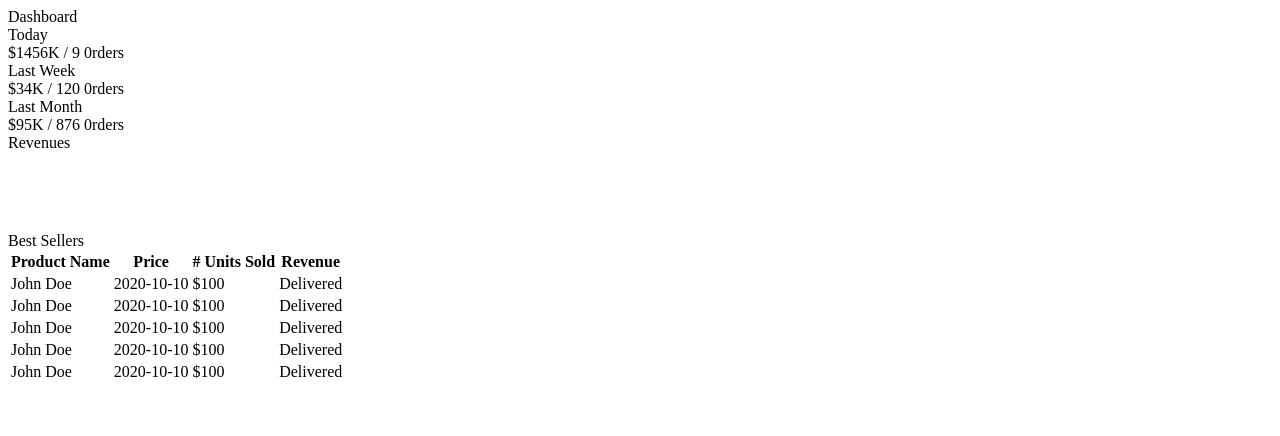
Repository: cjaymoni/FE_Submission02
Page: views/dashboard/dashboard.html
These files come from the project's save history. The page is drawn as it stood at one moment and after the next save; the edit follows.
The browser window is 1280 px wide. The pictures show the whole page.

Above is the page before, as saved 2022-09-30 12:46:53.

### views/dashboard/dashboard.html
<div class="content">
  <div class="container">
    <div class="order-header-text">
      <span>Dashboard</span>
    </div>
  </div>

  <div class="container">
    <div class="dashboard-card">
      <div class="dashboard-card-header">
        <div class="dashboard-card-header-text">
          <span>Today</span>
        </div>
        <div class="dashboard-card-header-img">
          <i class="fas fa-calendar-day"></i>
        </div>
      </div>
      <div class="dashboard-card-body">
        <div class="dashboard-card-body-text">
          <span>$1456K / 9 0rders</span>
        </div>
      </div>
    </div>
    <div class="dashboard-card">
      <div class="dashboard-card-header">
        <div class="dashboard-card-header-text">
          <span>Last Week</span>
        </div>
        <div class="dashboard-card-header-img">
          <i class="fas fa-calendar-week"></i>
        </div>
      </div>
      <div class="dashboard-card-body">
        <div class="dashboard-card-body-text">
          <span>$34K / 120 0rders</span>
        </div>
      </div>
    </div>
    <div class="dashboard-card">
      <div class="dashboard-card-header">
        <div class="dashboard-card-header-text">
          <span>Last Month</span>
        </div>
        <div class="dashboard-card-header-img">
          <i class="fas fa-calendar-days"></i>
        </div>
      </div>
      <div class="dashboard-card-body">
        <div class="dashboard-card-body-text">
          <span>$95K / 876 0rders</span>
        </div>
      </div>
    </div>
  </div>

  <div class="container-col">
    <div>
      <span>Revenues</span>
    </div>
    <canvas id="myChart" width="200" height="80"></canvas>
  </div>

  <div class="container-col">
    <div>
      <span>Best Sellers</span>
    </div>
    <table>
      <thead>
        <tr>
          <th>Product Name</th>
          <th>Price</th>
          <th># Units Sold</th>
          <th>Revenue</th>
        </tr>
      </thead>
      <tbody>
        <tr>
          <td>John Doe</td>
          <td>2020-10-10</td>
          <td>$100</td>
          <td>Delivered</td>
        </tr>
        <tr>
          <td>John Doe</td>
          <td>2020-10-10</td>
          <td>$100</td>
          <td>Delivered</td>
        </tr>
        <tr>
          <td>John Doe</td>
          <td>2020-10-10</td>
          <td>$100</td>
          <td>Delivered</td>
        </tr>
        <tr>
          <td>John Doe</td>
          <td>2020-10-10</td>
          <td>$100</td>
          <td>Delivered</td>
        </tr>

        <tr>
          <td>John Doe</td>
          <td>2020-10-10</td>
          <td>$100</td>
          <td>Delivered</td>
        </tr>
      </tbody>
    </table>
  </div>
</div>

<script src="js/chart.js"></script>

Loaded but not shown: src/js/chart.js (no copy from this time; the picture is the same without it)

After the next save:
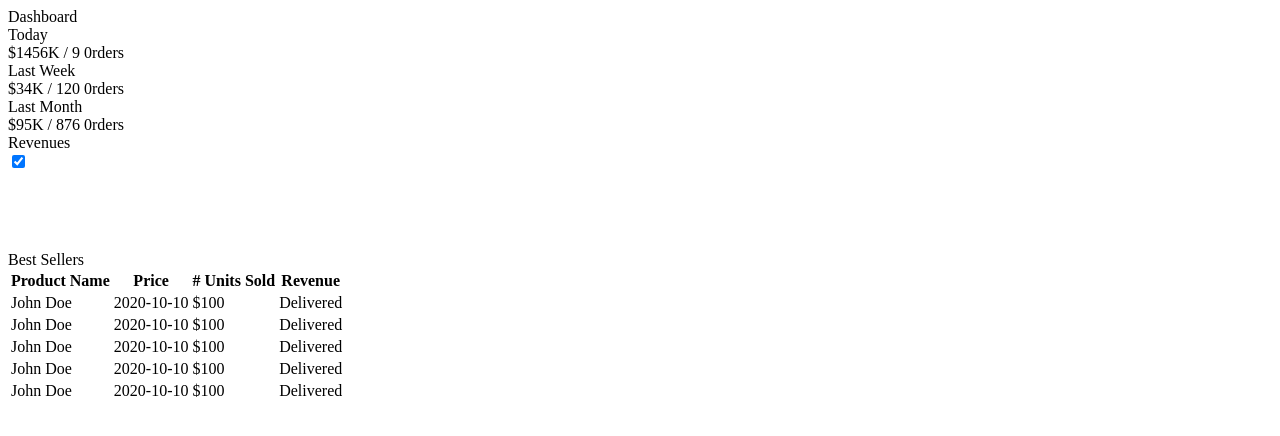
Saved 12 min 36 s later.
--- a/views/dashboard/dashboard.html
+++ b/views/dashboard/dashboard.html
@@ -57,6 +57,12 @@
     <div>
       <span>Revenues</span>
     </div>
+    <div>
+      <label class="switch">
+        <input type="checkbox" checked />
+        <span class="slider round"></span>
+      </label>
+    </div>
     <canvas id="myChart" width="200" height="80"></canvas>
   </div>
 
